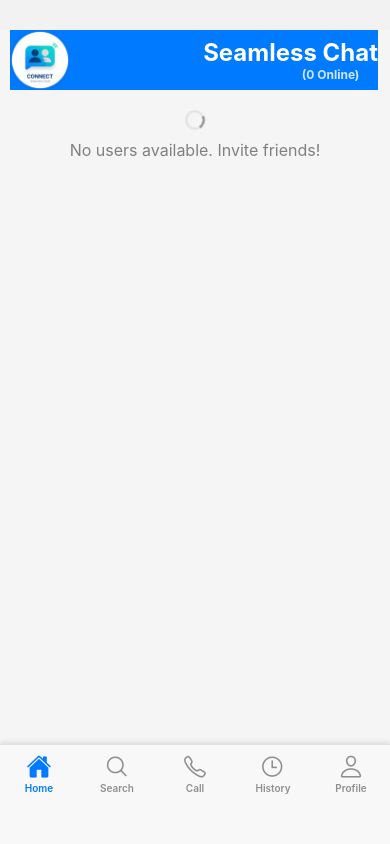
Repository: UdayRaj04/Chatapp_native
Screen: /MainTabs (app in ChatAppFrontend/)
An editor plug-in stored every save of this project. The screen is shown before and after a run of saves, followed by the edit.
The app was drawn by React Native's web renderer in a window 390 px wide. The project was rebuilt for these pictures with package versions that can differ from the ones it lists, and the page was loaded fresh each time. Some packages were replaced by stand-ins written for this rebuild. Also part of the build but not shown: ChatAppFrontend/screens/RegisterScreen.tsx, ChatAppFrontend/screens/ChatScreen.tsx, ChatAppFrontend/screens/SearchScreen.tsx, ChatAppFrontend/screens/AnalyticsScreen.tsx, ChatAppFrontend/screens/HistoryScreen.tsx, ChatAppFrontend/screens/ProfileScreen.tsx.

Above is the screen before, as saved 2025-09-09 18:01:57.

### ChatAppFrontend/App.tsx
import 'react-native-get-random-values';  // Polyfill first
import React from 'react';
import { NavigationContainer } from '@react-navigation/native';
import { createStackNavigator } from '@react-navigation/stack';
import { createBottomTabNavigator } from '@react-navigation/bottom-tabs';
import { Ionicons } from '@expo/vector-icons';
import { LogBox, View } from 'react-native';
import { SafeAreaProvider } from 'react-native-safe-area-context';  // New: For dynamic insets

// Suppress warnings
LogBox.ignoreLogs([
  'Text strings must be rendered within a <Text> component',
  'VirtualizedList: You have a large list that is slow to initial render',
  'Require cycle:',
  /Warning: [A-Za-z ]*Text strings[A-Za-z ]*/,
]);

// Your existing screens
import LoginScreen from './screens/LoginScreen';
import RegisterScreen from './screens/RegisterScreen';
import ChatListScreen from './screens/ChatListScreen';
import ChatScreen from './screens/ChatScreen';

// Placeholder screens (ensure they exist)
import SearchScreen from './screens/SearchScreen';
import AnalyticsScreen from './screens/AnalyticsScreen';
import HistoryScreen from './screens/HistoryScreen';
import ProfileScreen from './screens/ProfileScreen';

const Stack = createStackNavigator();
const Tab = createBottomTabNavigator();

// Main Tab Navigator (enhanced with safe area for no overlap)
function MainTabs() {
  return (
    <Tab.Navigator
      screenOptions={({ route }) => ({
        tabBarIcon: ({ focused, color, size }) => {
          let iconName: keyof typeof Ionicons.glyphMap;

          if (route.name === 'Chats') {
            iconName = focused ? 'home' : 'home-outline';
          } else if (route.name === 'Search') {
            iconName = focused ? 'search' : 'search-outline';
          } else if (route.name === 'Call') {
            iconName = focused ? 'call' : 'call-outline';
          } else if (route.name === 'History') {
            iconName = focused ? 'time' : 'time-outline';
          } else {
            iconName = focused ? 'person' : 'person-outline';
          }

          return <Ionicons name={iconName} size={size} color={color} />;
        },
        tabBarActiveTintColor: '#007AFF',
        tabBarInactiveTintColor: '#8e8e93',
        tabBarStyle: {
          backgroundColor: '#f8f8f8',
          borderTopWidth: 0.5,
          borderTopColor: '#e0e0e0',
          elevation: 8,
          shadowColor: '#000',
          shadowOffset: { width: 0, height: -2 },
          shadowOpacity: 0.1,
          shadowRadius: 4,
          height: 100,  // Increased: Taller tab bar (60 was too tight; 70 + labels)
          paddingBottom: 50,  // Reduced top padding for balance
          paddingTop: 5,
          position: 'absolute',  // Explicit: Ensures absolute positioning
          bottom: 0,  // Pin to bottom
          left: 0,
          right: 0,
          marginBottom: 0,  // No extra margin
        },
        tabBarLabelStyle: {
          fontSize: 10,
          fontWeight: '600',
          marginBottom: 0,  // Tight labels
        },
        headerShown: false,
        lazy: true,
        // New: Apply safe area padding to tab screens (prevents overlap)
        cardStyle: { paddingBottom: 0 },  // No extra card padding
      })}
    >
      <Tab.Screen name="Chats" component={ChatListScreen} options={{ title: 'Home' }} />
      <Tab.Screen name="Search" component={SearchScreen} options={{ title: 'Search' }} />
      <Tab.Screen name="Call" component={AnalyticsScreen} options={{ title: 'Call' }} />
      <Tab.Screen name="History" component={HistoryScreen} options={{ title: 'History' }} />
      <Tab.Screen name="Profile" component={ProfileScreen} options={{ title: 'Profile' }} />
    </Tab.Navigator>
  );
}

// Main App - Wrapped in SafeAreaProvider
export default function App() {
  return (
    <SafeAreaProvider>  {/* New: Enables useSafeAreaInsets() */}
      <View style={{ flex: 1 }}>
        <NavigationContainer>
          <Stack.Navigator
            initialRouteName="Login"
            screenOptions={{
              headerShown: false,
              cardStyle: { backgroundColor: '#f5f5f5' },
            }}
          >
            <Stack.Screen name="Login" component={LoginScreen} />
            <Stack.Screen name="Register" component={RegisterScreen} />
            <Stack.Screen name="MainTabs" component={MainTabs} />
            <Stack.Screen
              name="Chat"
              component={ChatScreen}
              options={{
                headerShown: true,
                headerTitle: 'Chat',
                headerStyle: { backgroundColor: '#007AFF' },
                headerTintColor: '#fff',
                presentation: 'modal',
                // Hide tabs in chat to avoid overlap
                tabBarStyle: { display: 'none' },
              }}
            />
          </Stack.Navigator>
        </NavigationContainer>
      </View>
    </SafeAreaProvider>
  );
}

### ChatAppFrontend/screens/LoginScreen.tsx
import React, { useState } from 'react';
import {
  View,
  TextInput,
  TouchableOpacity,
  Text,
  StyleSheet,
  Alert,
  ActivityIndicator,
  KeyboardAvoidingView,
  Platform,
  Image,  // New: For logo
} from 'react-native';
import { Ionicons } from '@expo/vector-icons';  // For input icons
import { useSafeAreaInsets } from 'react-native-safe-area-context';  // For insets (provider in App.tsx)
import { useNavigation } from '@react-navigation/native';  // For navigation
import AsyncStorage from '@react-native-async-storage/async-storage';
import axios, { AxiosError } from 'axios';

const API_BASE = 'http://192.168.29.93:5000/api';

interface LoginResponse {
  token: string;
  user: {
    id?: string;
    _id?: string;
    username: string;
    email: string;
  };
}

export default function LoginScreen() {
  const [email, setEmail] = useState<string>('');
  const [password, setPassword] = useState<string>('');
  const [loading, setLoading] = useState<boolean>(false);
  const [emailError, setEmailError] = useState<string>('');
  const [passwordError, setPasswordError] = useState<string>('');
  const navigation = useNavigation<any>();
  const insets = useSafeAreaInsets();  // Use insets from root provider

  const validateEmail = (email: string): boolean => {
    const emailRegex = /^[^\s@]+@[^\s@]+\.[^\s@]+$/;
    if (!email) {
      setEmailError('Email is required');
      return false;
    }
    if (!emailRegex.test(email)) {
      setEmailError('Invalid email format');
      return false;
    }
    setEmailError('');
    return true;
  };

  const validatePassword = (password: string): boolean => {
    if (!password) {
      setPasswordError('Password is required');
      return false;
    }
    if (password.length < 6) {
      setPasswordError('Password must be at least 6 characters');
      return false;
    }
    setPasswordError('');
    return true;
  };

  const handleLogin = async (): Promise<void> => {
    if (!validateEmail(email) || !validatePassword(password)) return;

    setLoading(true);
    try {
      const response = await axios.post<LoginResponse>(`${API_BASE}/auth/login`, {
        email,
        password,
      });
      await AsyncStorage.setItem('token', response.data.token);
      await AsyncStorage.setItem('user', JSON.stringify(response.data.user));
      navigation.replace('MainTabs');  // Navigate to tabs on success
    } catch (err) {
      const error = err as AxiosError;
      Alert.alert('Login Failed', error.response?.data?.error || 'Invalid credentials');
    } finally {
      setLoading(false);
    }
  };

  return (
    <KeyboardAvoidingView
      style={[styles.container, { paddingTop: insets.top }]}
      behavior={Platform.OS === 'ios' ? 'padding' : 'height'}
      enabled={true}
    >
      {/* Title with Logo */}
      <View style={styles.titleContainer}>
        {/* New: Bigger Logo */}
        <Image
          source={require('../assets/logos.png')}  // Adjust path if needed (e.g., '../../assets/logo.png')
          style={styles.logo}
          resizeMode="contain"
        />
        <Text style={styles.title}>Seamless Chat</Text>
        <Text style={styles.subtitle}>Welcome back! Sign in to continue</Text>
      </View>

      {/* Form */}
      <View style={styles.formContainer}>
        {/* Email Input */}
        <View style={styles.inputContainer}>
          <Ionicons name="mail" size={24} color="#999" style={styles.inputIcon} />
          <TextInput
            style={[styles.input, emailError ? styles.inputError : null]}
            value={email}
            onChangeText={(text) => {
              setEmail(text);
              if (emailError) validateEmail(text);
            }}
            placeholder="Email"
            keyboardType="email-address"
            autoCapitalize="none"
            onBlur={() => validateEmail(email)}
          />
        </View>
        {emailError ? <Text style={styles.errorText}>{emailError}</Text> : null}

        {/* Password Input */}
        <View style={styles.inputContainer}>
          <Ionicons name="lock-closed" size={24} color="#999" style={styles.inputIcon} />
          <TextInput
            style={[styles.input, passwordError ? styles.inputError : null]}
            value={password}
            onChangeText={(text) => {
              setPassword(text);
              if (passwordError) validatePassword(text);
            }}
            placeholder="Password"
            secureTextEntry={true}
            onBlur={() => validatePassword(password)}
          />
        </View>
        {passwordError ? <Text style={styles.errorText}>{passwordError}</Text> : null}

        {/* Login Button */}
        <TouchableOpacity
          style={[styles.button, loading ? styles.buttonDisabled : null]}
          onPress={handleLogin}
          disabled={loading}
          activeOpacity={0.7}
        >
          {loading ? (
            <ActivityIndicator size="small" color="#fff" />
          ) : (
            <Text style={styles.buttonText}>Login</Text>
          )}
        </TouchableOpacity>

        {/* Register Link */}
        <TouchableOpacity
          style={styles.linkContainer}
          onPress={() => navigation.navigate('Register')}
        >
          <Text style={styles.linkText}>Don't have an account? Register</Text>
        </TouchableOpacity>
      </View>
    </KeyboardAvoidingView>
  );
}

const styles = StyleSheet.create({
  container: {
    flex: 1,
    backgroundColor: '#f5f5f5',
    justifyContent: 'center',
    alignItems: 'center',
  },
  titleContainer: {
    alignItems: 'center',
    marginBottom: 50,  // Increased: More space after logo/title to form
  },
  // New: Logo Style (Bigger, Centered)
  logo: {
    width: 120,  // Bigger size - adjust as needed (e.g., 100 for smaller)
    height: 120,
    marginBottom: 20,  // Space between logo and title
    alignSelf: 'center',
  },
  title: {
    fontSize: 32,
    fontWeight: 'bold',
    color: '#333',
    marginBottom: 5,
  },
  subtitle: {
    fontSize: 16,
    color: '#666',
    textAlign: 'center',
  },
  formContainer: {
    width: '85%',  // Responsive width
    alignItems: 'center',
  },
  inputContainer: {
    flexDirection: 'row',
    alignItems: 'center',
    backgroundColor: '#fff',
    borderRadius: 10,
    marginBottom: 15,
    paddingHorizontal: 15,
    elevation: 2,
    shadowColor: '#000',
    shadowOffset: { width: 0, height: 1 },
    shadowOpacity: 0.1,
    shadowRadius: 2,
    width: '100%',
  },
  inputIcon: {
    marginRight: 10,
  },
  input: {
    flex: 1,
    paddingVertical: 12,
    fontSize: 16,
    color: '#333',
  },
  inputError: {
    borderWidth: 1,
    borderColor: '#ff6b6b',
  },
  errorText: {
    color: '#ff6b6b',
    fontSize: 12,
    marginBottom: 10,
    alignSelf: 'flex-start',
  },
  button: {
    backgroundColor: '#007AFF',
    borderRadius: 10,
    paddingVertical: 15,
    width: '100%',
    alignItems: 'center',
    marginTop: 10,
    elevation: 2,
    shadowColor: '#007AFF',
    shadowOffset: { width: 0, height: 2 },
    shadowOpacity: 0.2,
    shadowRadius: 4,
  },
  buttonDisabled: {
    backgroundColor: '#ccc',
  },
  buttonText: {
    color: '#fff',
    fontSize: 18,
    fontWeight: 'bold',
  },
  linkContainer: {
    marginTop: 20,
    alignItems: 'center',
  },
  linkText: {
    color: '#007AFF',
    fontSize: 16,
    textDecorationLine: 'underline',
  },
});

### ChatAppFrontend/screens/ChatListScreen.tsx
import React, { useState, useEffect } from 'react';
import {
  View,
  FlatList,
  Text,
  TouchableOpacity,
  StyleSheet,
  Alert,
  ActivityIndicator,
  Image,
} from 'react-native';
import { Ionicons } from '@expo/vector-icons';  // New: For user icons (person-circle)
import { useSafeAreaInsets } from 'react-native-safe-area-context';  // From previous (for padding)
import AsyncStorage from '@react-native-async-storage/async-storage';
import axios, { AxiosError } from 'axios';
import io, { Socket } from 'socket.io-client';

const API_BASE = 'http://192.168.29.93:5000/api';

interface User {
  _id: string;
  id?: string;
  username: string;
  email: string;
}

export default function ChatListScreen({ navigation }: { navigation: any }) {
  const [users, setUsers] = useState<User[]>([]);
  const [loading, setLoading] = useState<boolean>(true);
  const [currentUser, setCurrentUser] = useState<User | null>(null);
  const [socket, setSocket] = useState<Socket | null>(null);
  const [onlineUsers, setOnlineUsers] = useState<Set<string>>(new Set());

  // Safe area for dynamic padding (from previous)
  const insets = useSafeAreaInsets();
  const bottomPadding = Math.max(120, insets.bottom + 70);

  useEffect(() => {
    loadUser();
    fetchUsers();

    const initSocket = async () => {
      const token = await AsyncStorage.getItem('token');
      if (token) {
        const newSocket = io(API_BASE.replace('/api', ''), {
          auth: { token },
        });
        setSocket(newSocket);
        newSocket.on('connect_error', () => Alert.alert('Socket Error', 'Connection failed'));

        newSocket.on('userOnline', (data) => {
          console.log('User online:', data.userId);
          setOnlineUsers((prev) => new Set([...prev, data.userId]));
        });

        newSocket.on('userOffline', (data) => {
          console.log('User offline:', data.userId);
          setOnlineUsers((prev) => {
            const newSet = new Set(prev);
            newSet.delete(data.userId);
            return newSet;
          });
        });

        newSocket.on('onlineUsersList', (data) => {
          console.log('Initial online users:', data.onlineUsers);
          setOnlineUsers(new Set(data.onlineUsers));
        });

        newSocket.on('connect', () => {
          console.log('Socket connected - requesting online users');
          newSocket.emit('getOnlineUsers');
        });
      }
    };
    initSocket();

    return () => {
      socket?.disconnect();
    };
  }, []);

  const loadUser = async (): Promise<void> => {
    const userStr = await AsyncStorage.getItem('user');
    if (userStr) {
      setCurrentUser(JSON.parse(userStr));
    }
    setLoading(false);
  };

  const fetchUsers = async (): Promise<void> => {
    const token = await AsyncStorage.getItem('token');
    if (!token) return;
    try {
      const response = await axios.get<User[]>(`${API_BASE}/users`, {
        headers: { Authorization: `Bearer ${token}` },
      });
      const validUsers = response.data.filter(u =>
        u && u.username && (u._id || u.id) && typeof u.username === 'string'
      );
      setUsers(validUsers);
    } catch (err) {
      const error = err as AxiosError;
      Alert.alert('Error', error.response?.data?.error || 'Failed to load users');
    }
  };

  const startChat = (otherUser: User): void => {
    const userId = otherUser.id || otherUser._id;
    console.log('Starting chat with userId:', userId);
    if (!userId) {
      Alert.alert('Error', 'Invalid user data');
      return;
    }
    navigation.navigate('Chat', {
      otherUserId: userId,
      otherUserName: otherUser.username,
    });
  };

  const renderUser = ({ item }: { item: User }): JSX.Element => {
    if (!item || !item.username || !(item._id || item.id)) {
      return (
        <View style={styles.userItem}>
          <View style={styles.userContent}>
            <Text style={styles.username}>Invalid user entry</Text>
          </View>
        </View>
      );
    }
    const userId = item.id || item._id;
    const isOnline = onlineUsers.has(userId);
    const userIdShort = userId.substring(0, 8) + '...';
    return (
      <TouchableOpacity onPress={() => startChat(item)} style={styles.userItem} activeOpacity={0.7}>
        <View style={styles.userContent}>
          {/* New: User icon on left */}
          <View style={styles.iconContainer}>
            <Ionicons
              name="person-circle"
              size={50}
              color={isOnline ? '#007AFF' : '#ccc'}  // Green for online, gray for offline
            />
            {/* Optional: Small online dot (green circle below icon) */}
            {isOnline && (
              <View style={styles.onlineDot} />
            )}
          </View>
          {/* Text content on right */}
          <View style={styles.textContent}>
            <Text style={styles.username}>{item.username}</Text>
            {isOnline && <Text style={styles.onlineBadge}>Online</Text>}
            <Text style={styles.idText}>{"(ID: " + userIdShort + ")"}</Text>
          </View>
        </View>
      </TouchableOpacity>
    );
  };

  const renderEmpty = (): JSX.Element => (
    <View style={[styles.emptyContainer, { paddingBottom: bottomPadding }]}>
      <ActivityIndicator size="small" color="#999" />
      <Text style={styles.emptyText}>No users available. Invite friends!</Text>
    </View>
  );

  if (loading) {
    return (
      <View style={styles.loadingContainer}>
        <ActivityIndicator size="large" color="#0000ff" />
        <Text style={styles.loadingText}>Loading chats...</Text>
      </View>
    );
  }

  return (
    <View style={styles.container}>
      <View style={{
        marginLeft:10,marginEnd:10,
  flexDirection: 'row',       // 👈 Arrange items in a row
  alignItems: 'center',       // 👈 Vertically center icon & text
  marginRight: 12,
  backgroundColor: '#007AFF',
  justifyContent:"space-between",
}}>
  <Image
    source={require('../assets/logos.png')}
    style={{ height: 60, width: 60, marginRight: 10 }}  // 👈 space between logo & text
  />
  <View style={{ flexDirection: 'column', alignItems: 'center' }}>
  <Text style={styles.title}>
    Seamless Chat
  </Text>
  <Text style={styles.title1}>
    ({onlineUsers.size} Online)
  </Text>
  </View>
</View>
      <FlatList
        data={users}
        keyExtractor={(item, index) => (item._id || item.id || index.toString())}
        renderItem={renderUser}
        ListEmptyComponent={renderEmpty}
        contentContainerStyle={[styles.listContent, { paddingBottom: bottomPadding }]}
        style={{ flex: 1 }}
        keyboardShouldPersistTaps="handled"
        bounces={true}
        showsVerticalScrollIndicator={true}
        initialNumToRender={10}
        maxToRenderPerBatch={5}
        windowSize={10}
        removeClippedSubviews={true}
        extraData={users}
        getItemLayout={(data, index) => ({ length: 70, offset: 70 * index, index })}
      />
    </View>
  );
}

const styles = StyleSheet.create({
  container: {
    marginTop: 30,
    flex: 1,
    backgroundColor: '#f5f5f5',
  },
  title: {
    fontSize: 24,
    fontWeight: 'bold',
    padding: 0,
    color: '#ffffffff',
    textAlign: 'center',



  },
  title1: {
    marginLeft:80,
    fontSize: 12,
    fontWeight: 'bold',
    padding: 0,
    color: '#ffffffce',
    textAlign: 'center',

  },
  loadingContainer: {
    flex: 1,
    justifyContent: 'center',
    alignItems: 'center',
  },
  loadingText: {
    marginTop: 10,
    fontSize: 16,
    color: '#666',
  },
  listContent: {
    paddingHorizontal: 10,
  },
  userItem: {
    backgroundColor: '#fff',
    marginVertical: 5,
    marginHorizontal: 10,
    borderRadius: 10,
    padding: 15,
    elevation: 2,
    shadowColor: '#000',
    shadowOffset: { width: 0, height: 1 },
    shadowOpacity: 0.2,
    shadowRadius: 1.41,
    // New: Taller for icon row
    minHeight: 70,
  },
  userContent: {
    flex: 1,
    flexDirection: 'row',  // New: Row for icon + text
    alignItems: 'center',  // New: Vertical center
  },
  // New: Icon container (left side)
  iconContainer: {
    marginRight: 15,  // Space between icon and text
    position: 'relative',  // For online dot positioning
  },
  // New: Text content wrapper (right side)
  textContent: {
    flex: 1,  // Take remaining space
    flexDirection: 'column',  // Stack username, badge, ID
    justifyContent: 'flex-start',
  },
  username: {
    fontSize: 18,
    fontWeight: 'bold',
    marginBottom: 2,  // Small space before badge/ID
  },
  onlineBadge: {
    fontSize: 12,
    color: '#007AFF',
    fontWeight: 'bold',
    marginBottom: 2,
  },
  idText: {
    fontSize: 12,
    color: 'gray',
  },
  // New: Online status dot (small green circle under icon)
  onlineDot: {
    position: 'absolute',
    bottom: 0,
    right: 0,
    width: 12,
    height: 12,
    borderRadius: 6,
    backgroundColor: '#007AFF',
    borderWidth: 2,
    borderColor: '#fff',  // White border for visibility
  },
  emptyContainer: {
    justifyContent: 'center',
    alignItems: 'center',
    padding: 20,
  },
  emptyText: {
    fontSize: 16,
    color: 'gray',
    textAlign: 'center',
    marginTop: 10,
  },
});

Loaded but not shown: ChatAppFrontend/index.ts (common file)

After the next 4 saves:
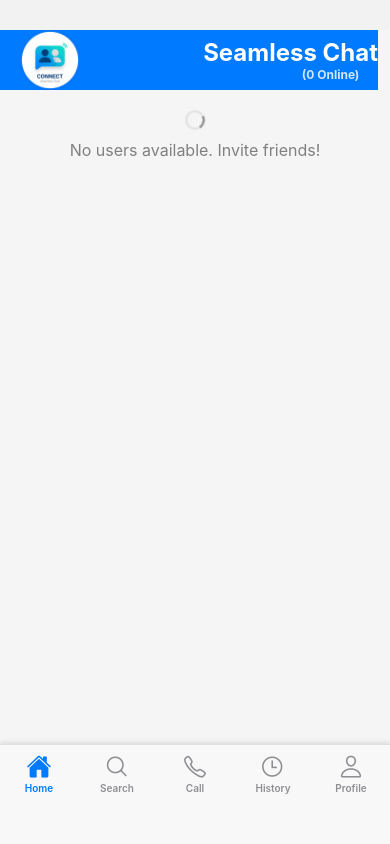
The 4 saves are shown as one change because they came seconds apart.
The last was saved 15 s later.
--- a/ChatAppFrontend/screens/ChatListScreen.tsx
+++ b/ChatAppFrontend/screens/ChatListScreen.tsx
@@ -176,7 +176,7 @@ export default function ChatListScreen({ navigation }: { navigation: any }) {
   return (
     <View style={styles.container}>
       <View style={{
-        marginLeft:10,marginEnd:10,
+       paddingLeft: 20,
   flexDirection: 'row',       // 👈 Arrange items in a row
   alignItems: 'center',       // 👈 Vertically center icon & text
   marginRight: 12,
